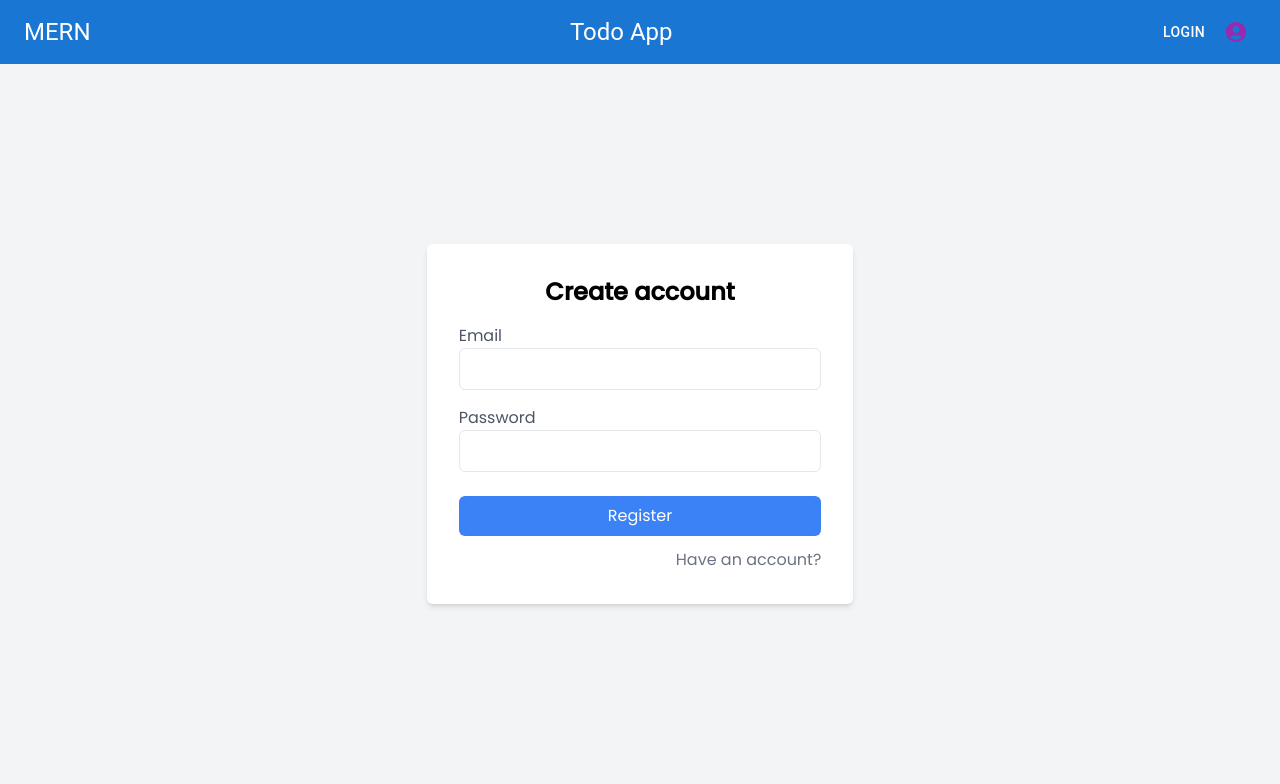
Repository: Nurlan-Bakenbaev/MERN--todo
Page: /register (app in client/)
The author's editor kept a copy of each file at every save. The page is drawn from the files as they stood at one save, then again after the next save.
The browser window is 1280 px wide. The pictures show the whole page.
The project was rebuilt for these pictures with package versions that can differ from the ones it lists, and the page was loaded fresh each time. Also part of the build but not shown: client/vite.config.js, client/src/pages/Login.jsx.

Above is the page before, as saved 2023-10-15 16:54:41.

### client/index.html
<!DOCTYPE html>
<html lang="en">
  <head>
    <meta charset="UTF-8" />
    <link rel="preconnect" href="https://fonts.googleapis.com" />
    <link rel="preconnect" href="https://fonts.gstatic.com" crossorigin />
    <link
      href="https://fonts.googleapis.com/css2?family=Poppins:wght@400;500&display=swap"
      rel="stylesheet"
    />
    <link rel="icon" type="image/svg+xml" href="/vite.svg" />
    <meta name="viewport" content="width=device-width, initial-scale=1.0" />
    <title>Mern Todo</title>
  </head>
  <body>
    <div id="root"></div>
    <script type="module" src="/src/main.jsx"></script>
  </body>
</html>

### client/src/App.jsx
import Navbar from "./components/Navbar";
import Login from "./pages/Login";
import Register from "./pages/Register";
import { BrowserRouter, Routes, Route } from "react-router-dom";

function App() {
  return (
    <BrowserRouter>
      <Navbar />
      <Routes>
        <Route path="/register" element={<Register />} />
        <Route path="/login" element={<Login />} />
      </Routes>
    </BrowserRouter>
  );
}

export default App;

### client/src/components/Navbar.jsx
import AppBar from "@mui/material/AppBar";
import Box from "@mui/material/Box";
import Toolbar from "@mui/material/Toolbar";
import Typography from "@mui/material/Typography";
import Button from "@mui/material/Button";
import AccountCircle from "@mui/icons-material/AccountCircle";
import { IconButton } from "@mui/material";
export default function Navbar() {
  return (
    <Box sx={{ flexGrow: 1 }}>
      <AppBar position="static">
        <Toolbar sx={{display:"flex",justifyContent:"space-between"}}>
          <Typography variant="h5" component="div">
            MERN
          </Typography>
          <Typography variant="h5" component="div">
            Todo App
          </Typography>
        <Box  >
        <Button  color="inherit">Login</Button>
          <IconButton
            aria-label="account of current user"
            color="secondary">
            <AccountCircle fontSize="50px" />
          </IconButton>
        </Box>
        </Toolbar>
      </AppBar>
    </Box>
  );
}

### client/src/pages/Register.jsx
import { Link } from "react-router-dom";

const Register = () => {
  return (
    <div className="min-h-screen flex items-center justify-center bg-gray-100">
      <div className="bg-white p-8 shadow-md rounded-md sm:w-1/2 lg:w-1/3">
        <h1 className="text-2xl font-semibold mb-4 text-center">
          Create account
        </h1>
        <form>
          <div className="mb-4">
            <label className="block text-gray-600">Email</label>
            <input
              type="email"
              className="w-full border rounded-md py-2 px-3"
            />
          </div>
          <div className="mb-6">
            <label className="block text-gray-600">Password</label>
            <input
              type="password"
              className="w-full border rounded-md py-2 px-3"
            />
          </div>
          <div className="flex flex-col gap-3">
            <button className="w-full bg-blue-500 hover:bg-blue-800 text-white rounded-md py-2">
              Register
            </button>
            <Link to="/login">
              <p
                className="text-right
               hover:text-blue-500
               cursor-pointer text-gray-500"
              >
                Have an account?
              </p>
            </Link>
          </div>
        </form>
      </div>
    </div>
  );
};

export default Register;

Loaded but not shown: client/src/main.jsx (common file); client/src/index.css (common file); client/tailwind.config.js (common file)

After the next save:
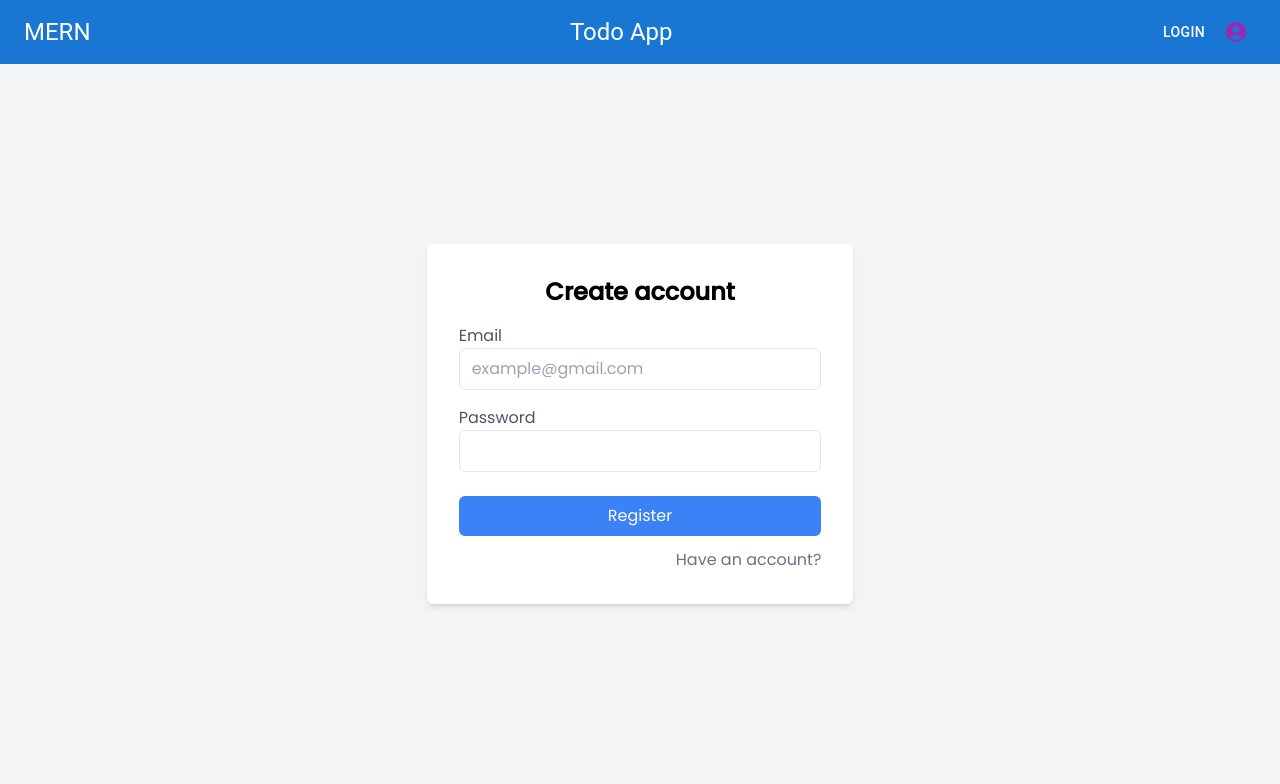
Saved 12 s later.
--- a/client/src/pages/Register.jsx
+++ b/client/src/pages/Register.jsx
@@ -11,6 +11,7 @@ const Register = () => {
           <div className="mb-4">
             <label className="block text-gray-600">Email</label>
             <input
+            placeholder="example@gmail.com"
               type="email"
               className="w-full border rounded-md py-2 px-3"
             />
